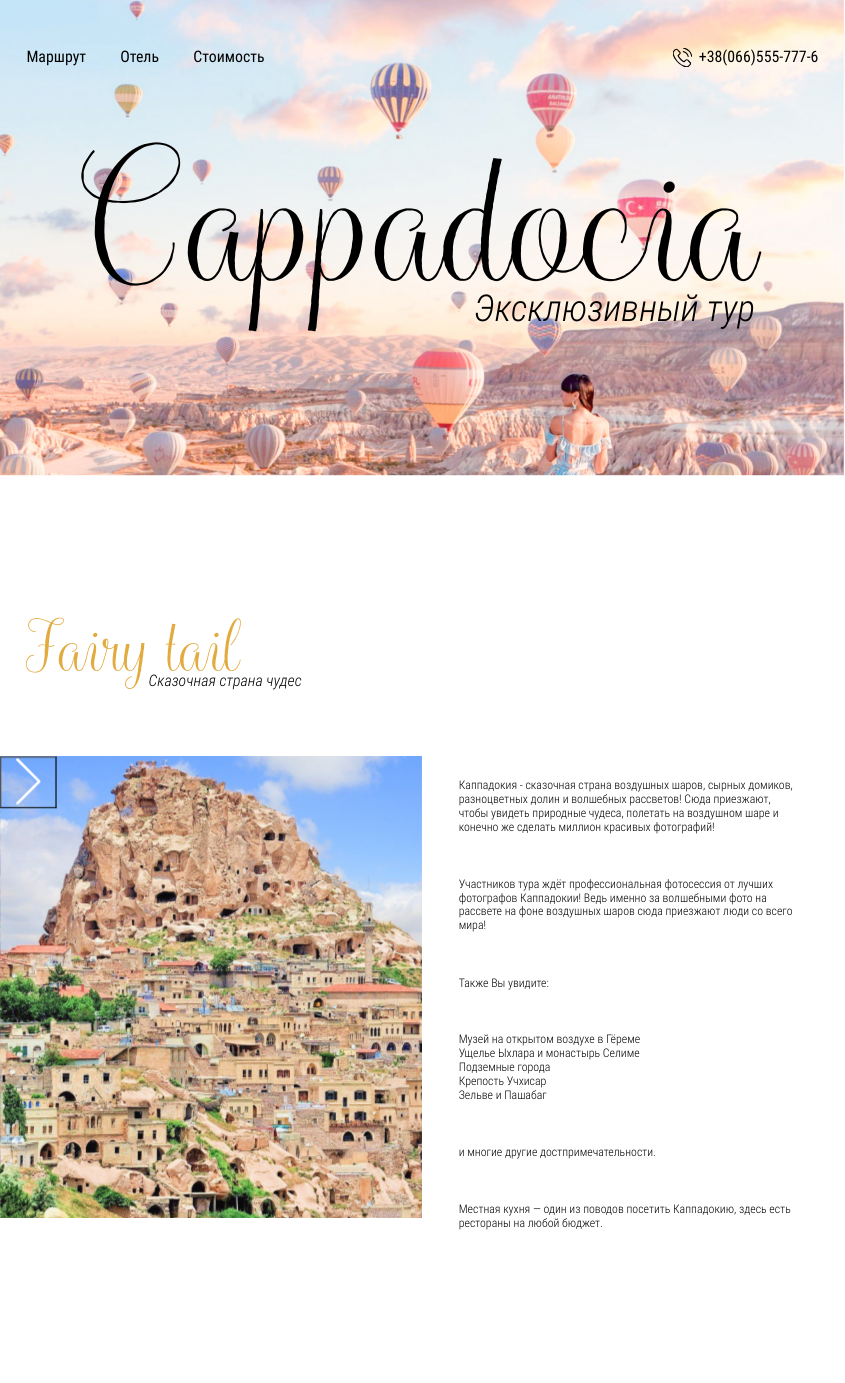
Repository: Lareeman/cappadocia
Page: index.html
An editor plug-in stored every save of this project. The page is shown before and after a run of saves, followed by the edit.
The browser window is 1280 px wide. The pictures show the whole page, at 66% of full size.

Above is the page before, as saved 2024-01-27 13:12:58.

### index.html
<!DOCTYPE html>
<html lang="en">

<head>
  <meta charset="UTF-8">
  <meta name="viewport" content="width=device-width, initial-scale=1.0">
  <meta http-equiv="X-UA-Compatible" content="ie=edge">
  <title>Cappadocia</title>
  <link rel="stylesheet" href="css/reset.css">
  <link rel="stylesheet" href="css/slick.css">
  <link rel="stylesheet" href="css/style.css">
</head>

<body>
  <header class="header">
    <div class="container">
      <div class="header__top">
        <nav class="menu">
          <ul class="menu__list">
            <li class="menu__item"><a class="menu__link" href="#">Маршрут</a></li>
            <li class="menu__item"><a class="menu__link" href="#">Отель</a></li>
            <li class="menu__item"><a class="menu__link" href="#">Стоимость</a></li>
          </ul>
        </nav>
        <a class="header__phone" href="tel:+380665557776">+38(066)555-777-6</a>
      </div>
      <h1 class="header__title">Cappadocia<span>Эксклюзивный тур</span></h1>
    </div>
  </header>
  <section class="fairy page-section">
    <div class="container">
      <h3 class="fairy__title title">Fairy tail
        <span>Сказочная страна чудес</span>
      </h3>
    </div>
    <div class="fairy__inner">
      <div class="fairy__slider">
        <div class="fairy__item"><img src="images/fairy-1.jpg" alt=""></div>
        <div class="fairy__item"><img src="images/fairy-2.jpg" alt=""></div>
        <div class="fairy__item"><img src="images/fairy-3.jpg" alt=""></div>
      </div>
      <div class="fairy__content">
        <div class="fairy__container">
          <div class="fairy__body">
            <p class="fairy__text">
              Каппадокия - сказочная страна воздушных шаров, сырных домиков, разноцветных долин и волшебных рассветов!
              Сюда приезжают, чтобы увидеть природные чудеса, полетать на воздушном шаре и конечно же сделать миллион красивых фотографий!
            </p>
            <p class="fairy__text">
              Участников тура ждёт профессиональная фотосессия от лучших фотографов Каппадокии!
              Ведь именно за волшебными фото на рассвете на фоне воздушных шаров сюда приезжают люди со всего мира!
            </p>
            <div class="fairy__body-title">
              Также Вы увидите:
            </div>
            <ul class="fairy__list">
              <li>Музей на открытом воздухе в Гёреме</li>
              <li>Ущелье Ыхлара и монастырь Селиме</li>
              <li>Подземные города</li>
              <li>Крепость Учхисар</li>
              <li>Зельве и Пашабаг</li>
            </ul>
            <p class="fairy__text">и многие другие достпримечательности.</p>
            <p class="fairy__text">Местная кухня — один из поводов посетить Каппадокию, здесь есть рестораны на любой бюджет.</p>
          </div>
        </div>
      </div>
    </div>
  </section>



  <script src="https://ajax.googleapis.com/ajax/libs/jquery/3.4.1/jquery.min.js"></script>
  <script src="js/slick.min.js"></script>
  <script src="js/main.js"></script>
</body>

</html>

### css/style.css
:root {
  --black: #000;
  --gold: #E2AB3F;
}

@font-face {
  font-family: 'Balqis';
  src: url('../fonts/balqis.woff2');
  src: url('../fonts/balqis.woff2') format('woff2'),
    url('../fonts/balqis.woff') format('woff');

  font-style: normal;
  font-weight: 300;
  font-display: swap;
}

@font-face {
  font-family: 'RobotoCondensed-Light';
  src: url('../fonts/RobotoCondensed-Light.woff2');
  src: url('../fonts/RobotoCondensed-Light.woff2') format('woff2'),
    url('../fonts/RobotoCondensed-Light.woff') format('woff');


  font-style: normal;
  font-weight: 300;
  font-display: swap;
}

@font-face {
  font-family: 'RobotoCondensed-LightItalic';
  src: url('../fonts/RobotoCondensed-LightItalic.woff2');
  src: url('../fonts/RobotoCondensed-LightItalic.woff2') format('woff2'),
    url('../fonts/RobotoCondensed-LightItalic.woff') format('woff');
  font-style: italic;
  font-weight: 300;
  font-display: swap;
}

@font-face {
  font-family: 'RobotoCondensed-Regular';
  src: url('../fonts/RobotoCondensed-Regular.woff2');
  src: url('../fonts/RobotoCondensed-Regular.woff2') format('woff2'),
    url('../fonts/RobotoCondensed-Regular.woff') format('woff');


  font-style: 400;
  font-weight: 300;
  font-display: swap;
}

html {
  box-sizing: border-box;
}

*,
*::before,
*::after {
  box-sizing: inherit;
}

a {
  text-decoration: none;
  color: inherit;
}

ul {
  list-style-type: none;
}

body {
  color: var(--black);
  font-family: 'RobotoCondensed-Light';
  font-size: 18px;
  font-style: normal;
  font-weight: 300;
  line-height: normal;
}

.header {
  background-image: url("../images/header-bg.jpg");
  background-size: cover;
  background-repeat: no-repeat;
  background-position: bottom center;
  min-height: 100vh;
  margin-bottom: 200px;
}

.container {
  max-width: 1230px;
  padding: 0 15px;
  margin: 0 auto;
}

.page-section {
  margin-bottom: 200px;
}

.title {
  color: var(--gold);
  font-family: Balqis;
  font-size: 96px;
  font-weight: 400;
  margin-bottom: 100px;
}

.title span {
  line-height: 28px;
  font-size: 24px;
  color: var(--black);
  font-family: 'RobotoCondensed-LightItalic';
  display: block;
  margin-top: -30px;
  margin-left: 185px;
}

.header__top {
  padding: 72px 0;
  display: flex;
  justify-content: space-between;
  align-items: center;
  font-size: 24px;
  font-weight: 400;
  font-family: 'RobotoCondensed-Regular';
}

.menu__list {
  display: flex;
  gap: 0 52px;
}

.menu__link {
  transition: all .6s;
}

.menu__link:hover {
  text-decoration: underline;
  /* border-bottom: 1px solid var(--black); */
}

.header__title {
  text-align: center;
  color: var(--black);
  font-family: "Balqis", serif;
  font-size: 250px;
  font-weight: 400;
}

.header__title span {
  text-align: right;
  margin-top: -6%;
  margin-right: 8%;
  display: block;
  font-family: 'RobotoCondensed-LightItalic';
  font-size: 56px;
  font-style: italic;
  font-weight: 300;
}

.header__phone {
  padding-left: 40px;
  position: relative;
}

.header__phone::before {
  content: "";
  position: absolute;
  width: 30px;
  height: 30px;
  left: 0;
  background-image: url('../images/phone-icon.svg');
}

.fairy {}


.fairy__title {}

.fairy__inner {
  display: flex;
  gap: 0 55px;
}

.fairy__slider {
  width: 50%;
}
.slick-btn{
  position: absolute;
  top: 0;
  left: 0;
  background-color: transparent;
}
.fairy__item {}

.fairy__content {
  width: 40%;
}

.fairy__container {}

.fairy__body {
  min-height: 750px;
  display: flex;
  flex-direction: column;
  justify-content: space-around;
  align-items: flex-start;

}

.fairy__text {

}

.fairy__body-title {

  font-weight: 400;
}

.fairy__list {

}

### js/main.js
$(function () {
    $('.fairy__slider').slick({
        slidesToShow: 1,
        slidesToScroll: 1,
        autoplay: true,
        autoplaySpeed: 2000,

        prevArrow: '<button type="button" class="slick-prev slick-btn"><img src="images/arrow-prev.svg" alt=""></button>',
        nextArrow: '<button type="button" class="slick-next slick-btn"> <img src="images/arrow-next.svg" alt=""></button>',

    });
});

Loaded but not shown: css/reset.css (common file); css/slick.css (common file); js/slick.min.js (library)

After the next 4 saves:
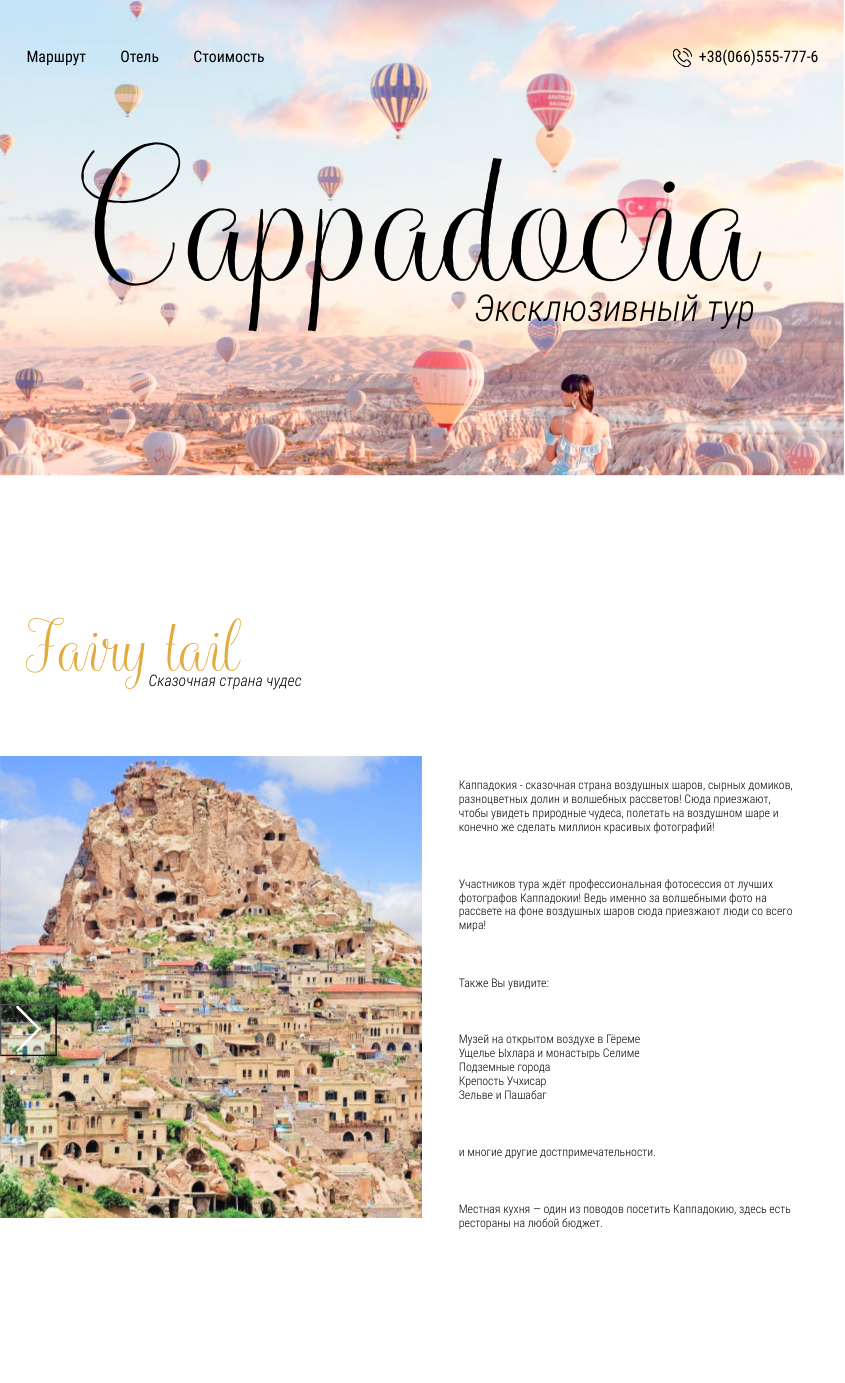
The 4 saves are shown as one change because they came seconds apart.
The last was saved 71 s later.
--- a/css/style.css
+++ b/css/style.css
@@ -185,7 +185,7 @@ body {
 }
 .slick-btn{
   position: absolute;
-  top: 0;
+  top: 50%;
   left: 0;
   background-color: transparent;
 }
